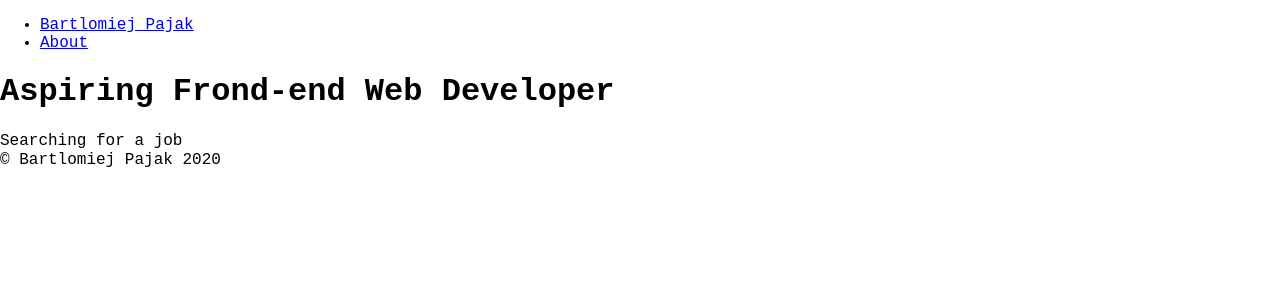
Repository: spidero7/personal-site
Page: index.html
The author's editor kept a copy of each file at every save. The page is drawn from the files as they stood at one save, then again after the next save.
The browser window is 1280 px wide. The pictures show the whole page.
Some web fonts or font styles are not loaded; a fallback is used.

Above is the page before, as saved 2020-04-15 21:54:11.

### index.html
<!DOCTYPE html>
<html>

    <head>
        <meta charset="utf-8">
        <title>Bartlomiej Pajak</title>
        <meta name="viewport" content="width=device-width, initial-scale=1">
        <link rel="stylesheet" href="css/normalize.css">
        <link href="https://fonts.googleapis.com/css2?family=Domine&display=swap" rel="stylesheet">
        <link rel="stylesheet" href="css/style.css">
    </head>

    <body>

        <div>
            <header>
                <nav>
                    <ul>
                        <li><a href="#">Bartlomiej Pajak</a></li>
                        <li><a href="#">About</a></li>
                    </ul>
                </nav>
            </header>
        </div>

        <div>

            <h1>Aspiring Frond-end Web Developer</h1>
            <span>Searching for a job</span>

        </div>


        <footer>&copy; Bartlomiej Pajak 2020</footer>

    </body>
</html>

### css/style.css
/* =================================
  Base Element Styles
==================================== */

* {
    box-sizing: border-box;
}

body {
    font-family: 'Roboto Mono', monospace;
}

Loaded but not shown: css/normalize.css (library)

After the next save:
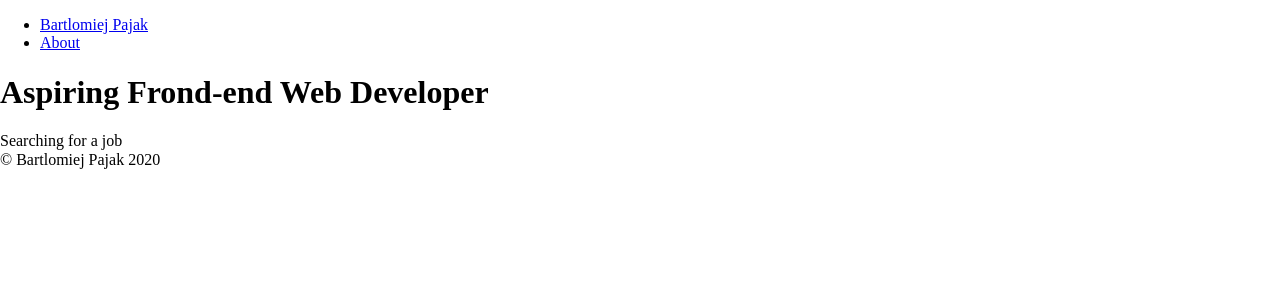
Saved 11 s later.
--- a/css/style.css
+++ b/css/style.css
@@ -7,5 +7,5 @@
 }
 
 body {
-    font-family: 'Roboto Mono', monospace;
+    font-family: 'Domine', serif;
 }
